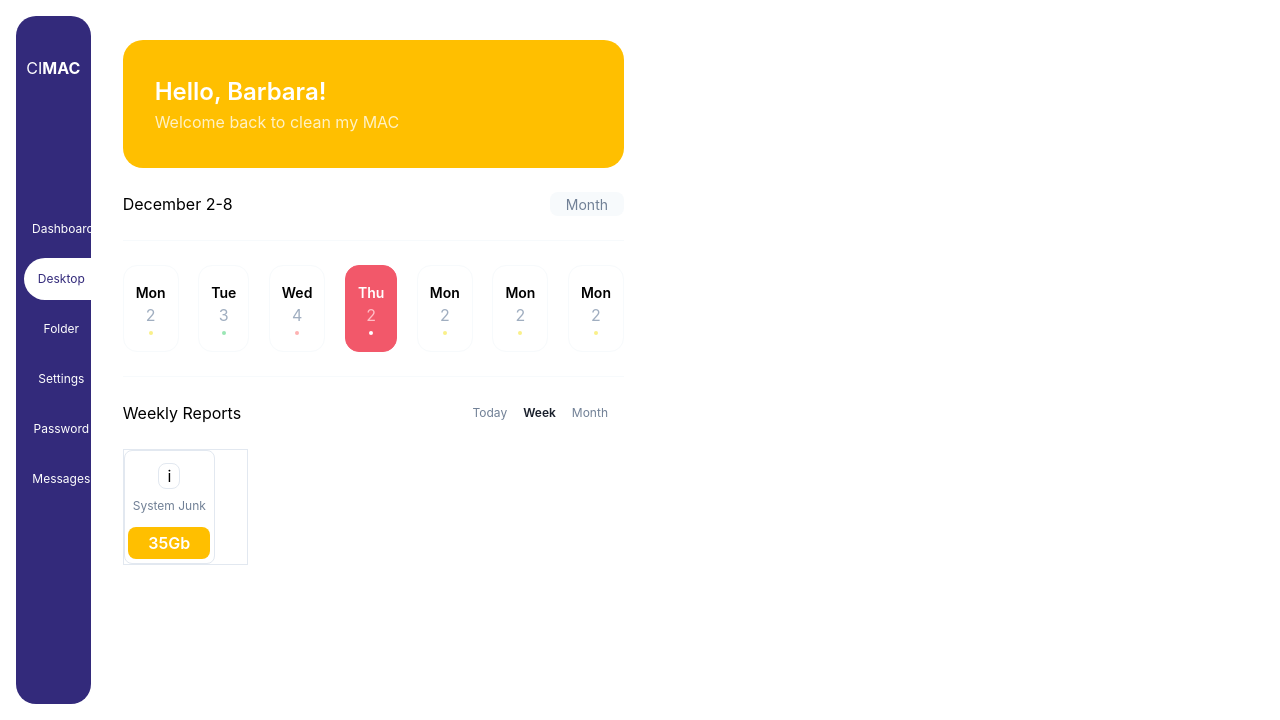
Repository: charleyvibez/experiment-Utility-software-UI
Page: index.html
The author's editor kept a copy of each file at every save. The page is drawn from the files as they stood at one save, then again after a run of saves.
The browser window is 1280 px wide. The pictures show the whole page.

Above is the page before, as saved 2020-03-18 00:49:40.

### index.html
<!DOCTYPE html>
<html lang="en">
<head>
  <meta charset="UTF-8">
  <meta name="viewport" content="width=device-width, initial-scale=1.0">

  <link rel="stylesheet" href="tailwind.css">
  <link rel="stylesheet" href="index.css">
  <title>Document</title>
</head>
<body>
  <section class="flex">
     <aside class="w-1/12 p-4 h-screen">
      <div class="aside-container bg-gray-100 rounded-xl flex flex-col items-center h-full">
        <div class="logo pt-10 text-white">
          <h3>CI<span class="font-bold">MAC</span></h3>
        </div>

      <nav class="flex flex-col items-center text-xs mt-32 text-center text-white w-full pl-2">
        <div class="nav-item w-full pl-2 py-3 mb-2">Dashboard</div>
        <div class="nav-item w-full pl-2 py-3 mb-2 active-nav">Desktop</div>
        <div class="nav-item w-full pl-2 py-3 mb-2">Folder</div>
        <div class="nav-item w-full pl-2 py-3 mb-2">Settings</div>
        <div class="nav-item w-full pl-2 py-3 mb-2">Password</div>
        <div class="nav-item w-full pl-2 py-3 mb-2">Messages</div>
      </nav>
      </div>

    </aside>

  <main class="w-5/12 p-4 h-screen pt-10">
    <div class="main-container">
      <div class="hello p-8 h-32 yellow-bg rounded-xl flex flex-col justify-center">
        <h1 class="text-2xl font-semibold text-white">Hello, Barbara!</h1>
        <p class="yellow-text-support">Welcome back to clean my MAC</p>
      </div>
      <div class="date">
        <div class="heading flex justify-between border-b border-gray-100 py-6">
          <div class="heading-date-range">
            <Span> December 2-8</Span>
          </div>
          <div class="heading-month bg-gray-100 px-4 rounded-lg flex items-center">
            <span class="inline-block text-sm text-gray-600">Month</span>
          </div>
        </div>
        <div class="days flex justify-between py-6  border-b border-gray-100">
          <div class="day flex flex-col items-center py-4 px-3 border border-gray-100 rounded-lg">
            <h3 class="font-semibold text-sm">Mon</h3>
            <span class="text-gray-500">2</span>
            <span class="w-1 h-1 bg-yellow-300 rounded-full mt-1"></span>
          </div>
          <div class="day flex flex-col items-center py-4 px-3 border border-gray-100 rounded-lg">
            <h3 class="font-semibold text-sm">Tue</h3>
            <span class="text-gray-500">3</span>
            <span class="w-1 h-1 bg-green-300 rounded-full mt-1"></span>
          </div>
          <div class="day flex flex-col items-center py-4 px-3 border border-gray-100 rounded-lg">
            <h3 class="font-semibold text-sm">Wed</h3>
            <span class="text-gray-500">4</span>
            <span class="w-1 h-1 bg-red-300 rounded-full mt-1"></span>
          </div>
          <div class="day flex flex-col items-center py-4 px-3 border border-gray-100 rounded-lg active-day">
            <h3 class="font-semibold text-sm">Thu</h3>
            <span class="inline-block text-gray-500 day-number">2</span>
            <span class="inline-block w-1 h-1 bg-yellow-300 rounded-full mt-1 day-indicator"></span>
          </div>
          <div class="day flex flex-col items-center py-4 px-3 border border-gray-100 rounded-lg">
            <h3 class="font-semibold text-sm">Mon</h3>
            <span class="text-gray-500">2</span>
            <span class="w-1 h-1 bg-yellow-300 rounded-full mt-1"></span>
          </div>
          <div class="day flex flex-col items-center py-4 px-3 border border-gray-100 rounded-lg">
            <h3 class="font-semibold text-sm">Mon</h3>
            <span class="text-gray-500">2</span>
            <span class="w-1 h-1 bg-yellow-300 rounded-full mt-1"></span>
          </div>
          <div class="day flex flex-col items-center py-4 px-3 border border-gray-100 rounded-lg">
            <h3 class="font-semibold text-sm">Mon</h3>
            <span class="text-gray-500">2</span>
            <span class="w-1 h-1 bg-yellow-300 rounded-full mt-1"></span>
          </div>
        </div>
      </div>

       <div class="Reports">
        <div class="heading flex justify-between  py-6">
          <div class="heading-date-range">
            <Span class="font-normal"> Weekly Reports</Span>
          </div>
          <div class="heading-reports  px-4 rounded-lg flex items-center">
            <span class="inline-block text-gray-600 text-xs">Today</span>
            <span class="inline-block text-gray-900 ml-4 text-xs font-semibold">Week</span>
            <span class="inline-block text-gray-600 ml-4 text-xs">Month</span>
          </div>


        </div>
        <div class="junks">
          <div class="system-junk w-1/4 border flex items-center pr-8">
           <div class="bg-white rounded-lg flex flex-col items-center border w-full pt-3 pb-1">
             <span class="junk-icon inline-block px-2 border mb-2 rounded-lg">
              i
            </span>
            <h6 class="text-xs mb-3 text-gray-600">System Junk</h6>
            <span class="inline-block yellow-bg px-5 py-1 rounded-lg text-white font-semibold">35Gb</span>
           </div>
          </div>
        </div>
       </div>
    </div>
  </main>
  </section>

</body>
</html>

### index.css
* {
  margin: 0;
  padding: 0;
  box-sizing: border-box;
}

.aside-container {
  background: #332a7b;
}
.active-nav {
  position: relative;
  background:white;
  color: #332a7b;
  border-bottom-left-radius: 30px;
  border-top-left-radius: 30px;
}

/* .active-nav:before {
  position: absolute;
  content: '';
  height: 30px;
  width: 30px;
  border-radius: 50%;
  top: -25px;
  right: 0;
  background: #332a7b;
} */

.rounded-xl {
  border-radius: 20px
}

.yellow-bg {
  background: #ffbf00;
}
.yellow-text-support {
  color: #fff1c5
}

.day {
  border-radius: 14px;
}

.active-day {
  background: #f2586a;
  border: 1px solid #f2586a
}

.active-day h3 {
  color: white;
  ;
}
.active-day .day-number {
  color: #ffbec6;
}
.active-day .day-indicator {
  background: white;
}

Loaded but not shown: tailwind.css (library)

After the next 4 saves:
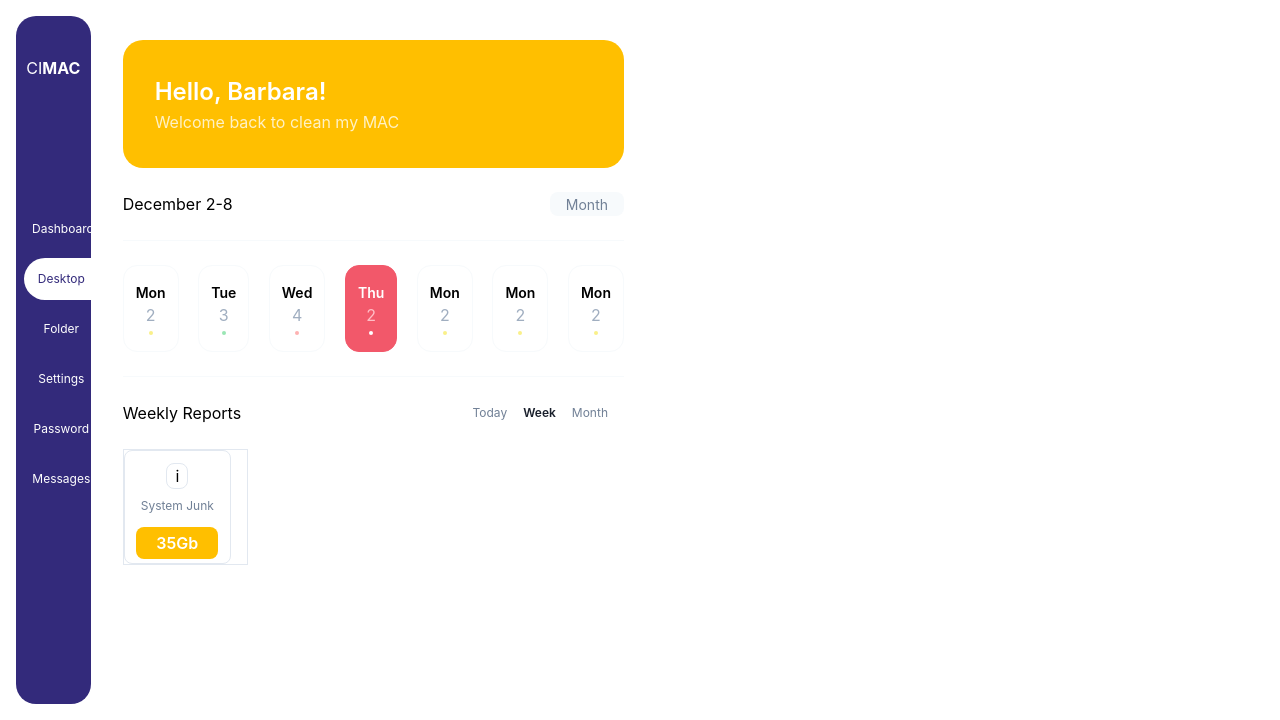
The 4 saves are shown as one change because they came seconds apart.
The last was saved 11 s later.
--- a/index.html
+++ b/index.html
@@ -96,7 +96,7 @@
 
         </div>
         <div class="junks">
-          <div class="system-junk w-1/4 border flex items-center pr-8">
+          <div class="system-junk w-1/4 border flex items-center pr-4">
            <div class="bg-white rounded-lg flex flex-col items-center border w-full pt-3 pb-1">
              <span class="junk-icon inline-block px-2 border mb-2 rounded-lg">
               i
